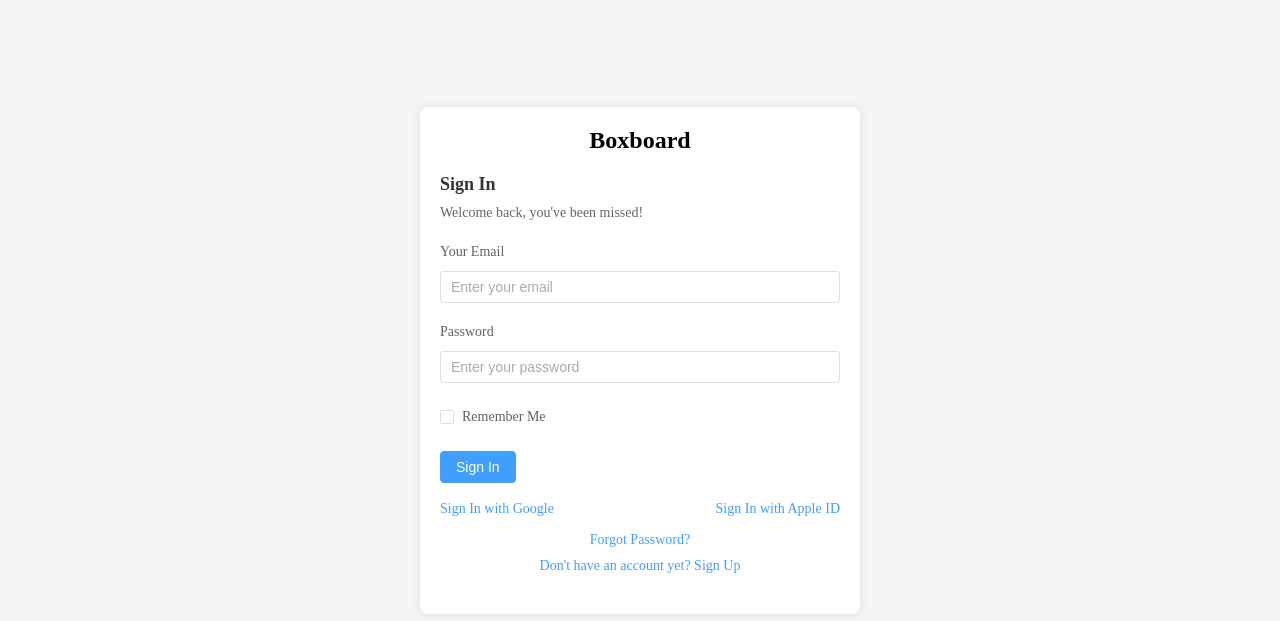
Repository: secret47/test-office-demo
Page: /
These files come from the project's save history. The page is drawn as it stood at one moment and after the next save; the edit follows.
The browser window is 1280 px wide. The pictures show the whole page.
The project was rebuilt for these pictures with package versions that can differ from the ones it lists, and the page was loaded fresh each time. Also part of the build but not shown: vite.config.js.

Above is the page before, as saved 2024-10-28 13:55:43.

After the next save:
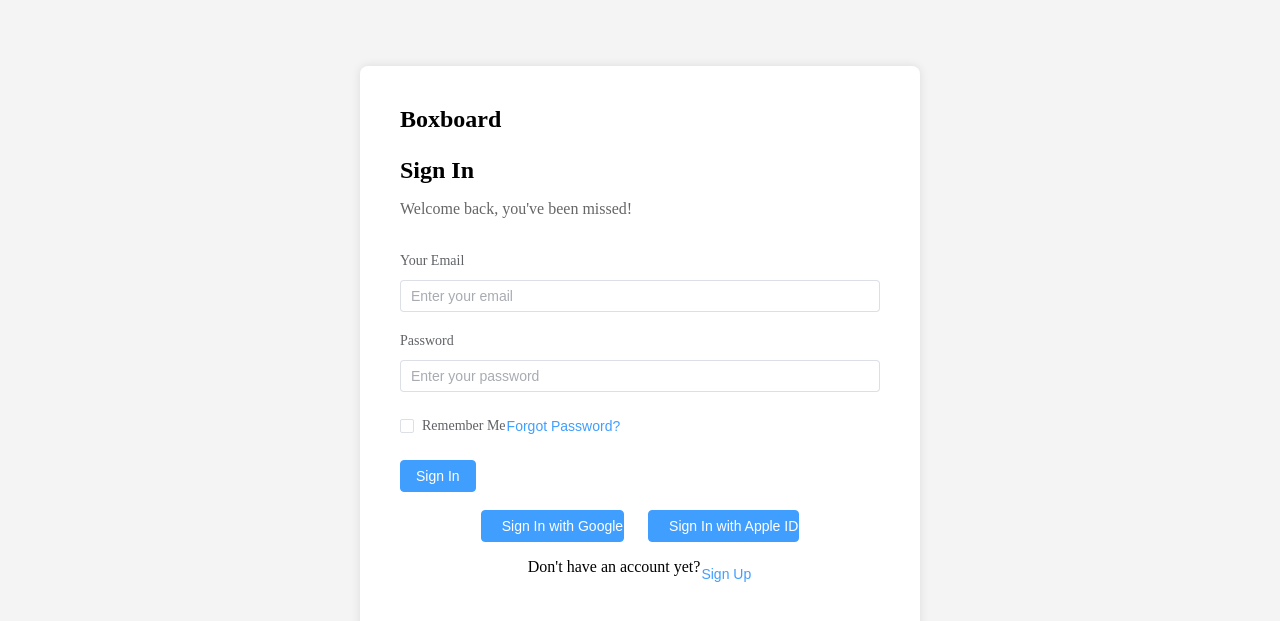
Saved 3 min 2 s later.
--- a/src/views/login.vue
+++ b/src/views/login.vue
@@ -1,13 +1,11 @@
 <template>
     <div class="login-container">
-      <div class="login-box">
-        <div class="logo">
-          Boxboard
-        </div>
+      <div class="login-content">
+        <div class="logo">Boxboard</div>
         <h2>Sign In</h2>
         <p>Welcome back, you've been missed!</p>
 
-        <el-form ref="loginForm" :model="loginForm" label-position="top">
+        <el-form :model="loginForm" class="login-form" label-position="top">
           <el-form-item label="Your Email">
             <el-input v-model="loginForm.email" placeholder="Enter your email"></el-input>
           </el-form-item>
@@ -21,19 +19,18 @@
           </el-form-item>
           <el-form-item>
             <el-checkbox v-model="loginForm.rememberMe">Remember Me</el-checkbox>
+            <el-button type="text" class="forgot-password" @click="$router.push('/forgot-password')">Forgot Password?</el-button>
           </el-form-item>
           <el-form-item>
-            <el-button type="primary" long @click="handleLogin">Sign In</el-button>
+            <el-button type="primary" class="login-button" @click="handleLogin">Sign In</el-button>
           </el-form-item>
           <div class="social-login">
-            <span>Sign In with Google</span>
-            <span>Sign In with Apple ID</span>
-          </div>
-          <div class="forgot-password">
-            <a href="#">Forgot Password?</a>
+            <el-button class="social-button" type="text" icon="el-icon-google" @click="handleSocialLogin('google')">Sign In with Google</el-button>
+            <el-button class="social-button" type="text" icon="el-icon-apple" @click="handleSocialLogin('apple')">Sign In with Apple ID</el-button>
           </div>
           <div class="sign-up">
-            <a href="#">Don't have an account yet? Sign Up</a>
+            <span>Don't have an account yet?</span>
+            <el-button type="text" class="signup-button" @click="$router.push('/signup')">Sign Up</el-button>
           </div>
         </el-form>
       </div>
@@ -42,6 +39,7 @@
 
   <script setup>
   import { ref } from 'vue';
+  import { useRouter } from 'vue-router';
 
   const loginForm = ref({
     email: '',
@@ -49,82 +47,91 @@
     rememberMe: false
   });
 
+  const router = useRouter();
+
   const handleLogin = () => {
     console.log('Login with:', loginForm.value);
     // Perform login logic here
+  };
+
+  const handleSocialLogin = (provider) => {
+    console.log('Social login with:', provider);
+    // Perform social login logic here
   };
   </script>
 
   <style scoped>
   .login-container {
-    width: 100%;
-    height: 100vh;
     display: flex;
     justify-content: center;
     align-items: center;
-    background-color: #f5f5f5;
+    height: 100vh;
+    background-color: #f4f4f4;
   }
 
-  .login-box {
-    width: 400px;
-    padding: 20px;
-    background-color: #fff;
-    box-shadow: 0 0 10px rgba(0, 0, 0, 0.1);
+  .login-content {
+    background-color: #ffffff;
+    padding: 40px;
     border-radius: 8px;
+    box-shadow: 0px 0px 10px rgba(0, 0, 0, 0.1);
+    width: 100%;
+    max-width: 480px;
   }
 
   .logo {
-    text-align: center;
     font-size: 24px;
     font-weight: bold;
-    margin-bottom: 20px;
+    margin-bottom: 24px;
   }
 
   h2 {
-    font-size: 18px;
-    color: #333;
-    margin-bottom: 10px;
+    font-size: 24px;
+    margin-bottom: 16px;
   }
 
   p {
-    font-size: 14px;
-    color: #666;
-    margin-bottom: 20px;
+    font-size: 16px;
+    color: #666666;
+    margin-bottom: 32px;
   }
 
-  .el-form {
-    margin-bottom: 20px;
+  .login-form {
+    margin-bottom: 24px;
+  }
+
+  .el-button {
+    font-size: 14px;
+  }
+
+  .forgot-password {
+    float: right;
+    color: #409eff;
   }
 
   .social-login {
     display: flex;
-    justify-content: space-between;
-    margin-bottom: 15px;
+    justify-content: center;
+    margin-top: 16px;
   }
 
-  .social-login span {
-    font-size: 14px;
-    color: #409eff;
-    cursor: pointer;
+  .social-button {
+    margin-right: 12px;
+    color: #ffffff;
+    background-color: #409eff;
+    border-color: #409eff;
   }
 
-  .forgot-password,
-  .sign-up {
-    font-size: 14px;
-    color: #409eff;
-    cursor: pointer;
-    text-align: center;
-    margin-top: 10px;
+  .social-button:last-child {
+    margin-right: 0;
   }
 
-  .forgot-password a,
-  .sign-up a {
+  .signup-button {
     color: #409eff;
-    text-decoration: none;
   }
 
-  .forgot-password a:hover,
-  .sign-up a:hover {
-    text-decoration: underline;
+  .sign-up {
+    display: flex;
+    justify-content: center;
+    margin-top: 16px;
   }
   </style>
